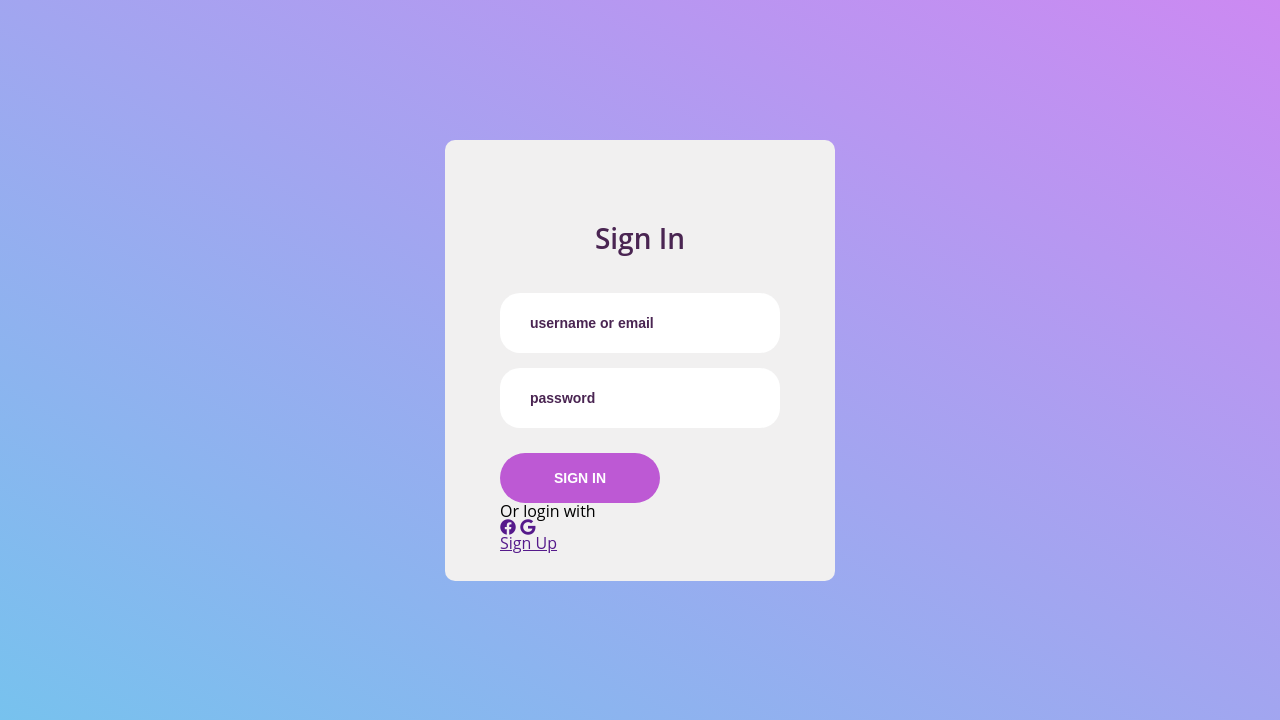
Repository: letrongtinh27/LapTrinhWeb
Page: signin/index.html
These files come from the project's save history. The page is drawn as it stood at one moment and after the next save; the edit follows.
The browser window is 1280 px wide. The pictures show the whole page.

Above is the page before, as saved 2022-10-09 21:12:09.

### signin/index.html
<!DOCTYPE html>
<html lang="en">
<head>
    <meta charset="UTF-8">
    <meta http-equiv="X-UA-Compatible" content="IE=edge">
    <meta name="viewport" content="width=device-width, initial-scale=1.0">
    <title>Sign In</title>
    <link rel="stylesheet" href="reset.css">
    <link rel="stylesheet" href="style.css">
    <link rel="stylesheet" href="https://cdnjs.cloudflare.com/ajax/libs/font-awesome/6.2.0/css/all.min.css" integrity="sha512-xh6O/CkQoPOWDdYTDqeRdPCVd1SpvCA9XXcUnZS2FmJNp1coAFzvtCN9BmamE+4aHK8yyUHUSCcJHgXloTyT2A==" crossorigin="anonymous" referrerpolicy="no-referrer" />
</head>
<body>
    <div class="sign-in">
        <h4 class="title">Sign In</h4>
        <form action="#" class="form-group" autocomplete="off">
            <div class="form-item">
                <input type="text" placeholder="username or email" class="item">
            </div>
            <div class="form-item">
                <input type="password" placeholder="password" class="item" >
            </div>
            <button class="btn-signin">sign in</button>
            <p>Or login with</p>
            <div class="sing-in-icon">
                <a href="" class="facebook"><i class="fa-brands fa-facebook"></i></a>
                <a href="" class="google"><i class="fa-brands fa-google"></i></a>
            </div>
            <a href="" class="sign-up">Sign Up</a>
        </form>
    </div>
    <script src="https://code.jquery.com/jquery-3.3.1.slim.min.js" integrity="sha384-q8i/X+965DzO0rT7abK41JStQIAqVgRVzpbzo5smXKp4YfRvH+8abtTE1Pi6jizo" crossorigin="anonymous"></script>
    <script src="https://cdn.jsdelivr.net/npm/popper.js@1.14.7/dist/umd/popper.min.js" integrity="sha384-UO2eT0CpHqdSJQ6hJty5KVphtPhzWj9WO1clHTMGa3JDZwrnQq4sF86dIHNDz0W1" crossorigin="anonymous"></script>
    <script src="https://cdn.jsdelivr.net/npm/bootstrap@4.3.1/dist/js/bootstrap.min.js" integrity="sha384-JjSmVgyd0p3pXB1rRibZUAYoIIy6OrQ6VrjIEaFf/nJGzIxFDsf4x0xIM+B07jRM" crossorigin="anonymous"></script>
</body>
</html>

### signin/style.css
html {
    font-family: 'Open Sans',sans-serif;
}

* {
    box-sizing: border-box;
}

body {
    width: 100%;
    height: 100vh;
    background-image: linear-gradient(to right top,  #77C2EE, #CC89f2);
    display: flex;
    justify-content: center;
    align-items: center;
}

.sign-in{
    background-color: #f1f0f0;
    border-radius: 10px;
    width: 100%;
    max-width: 390px;
    padding: 80px 55px 30px 55px;

}
.title{
    font-size: 28px;
    font-weight: 600;
    text-align: center;
    color: #4a2552;
    padding-bottom: 37px;
    line-height: 36px;
}

.form-item{
    padding-bottom: 15px;
}
form {
    background-color: #f1f0f0;
    color: black;
  }
  ::placeholder { /* Chrome, Firefox, Opera, Safari 10.1+ */
    color: #4a2552;
    opacity: 1; /* Firefox */
  }

  :-ms-input-placeholder { /* Internet Explorer 10-11 */
    color: #4a2552;
  }

  ::-ms-input-placeholder { /* Microsoft Edge */
    color: #4a2552;
  }
.form-item > .item{
    border-radius: 20px;
    background-color: #ffffff;
    padding: 0 30px;
    border: 0;
    color: #4a2552;
    font-weight: 700;
    font-size: 14px;
    height: 60px;
    width: 280px;
    outline: none;
}

.btn-signin{
/* margin-top: 10px; */
  width: 160px;
  height: 50px;
  text-align: center;
  background-color: #bd59d4;
  color: #fff;
  border: 0;
  border-radius: 30px;
  font-size: 14px;
  font-weight: 600;
  margin: 10px auto 0px auto;
text-transform: uppercase;

}
.sing-in-icon{

}
.facebook{

}
.fa-brands{

}
.fa-facebook{

}
.google{

}
.fa-google{

}
.sign-up{

}

Loaded but not shown: signin/reset.css (common file)

After the next save:
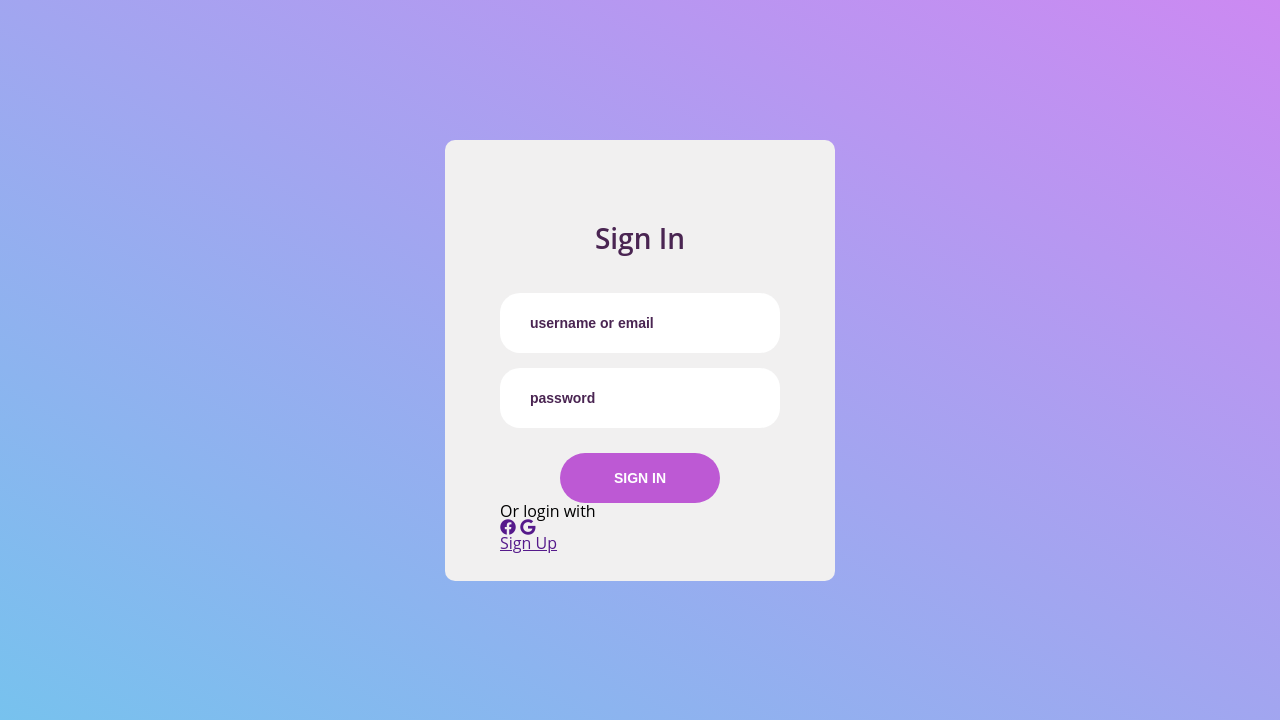
Saved 15 s later.
--- a/signin/style.css
+++ b/signin/style.css
@@ -65,7 +65,7 @@ form {
 }
 
 .btn-signin{
-/* margin-top: 10px; */
+display: block;
   width: 160px;
   height: 50px;
   text-align: center;
